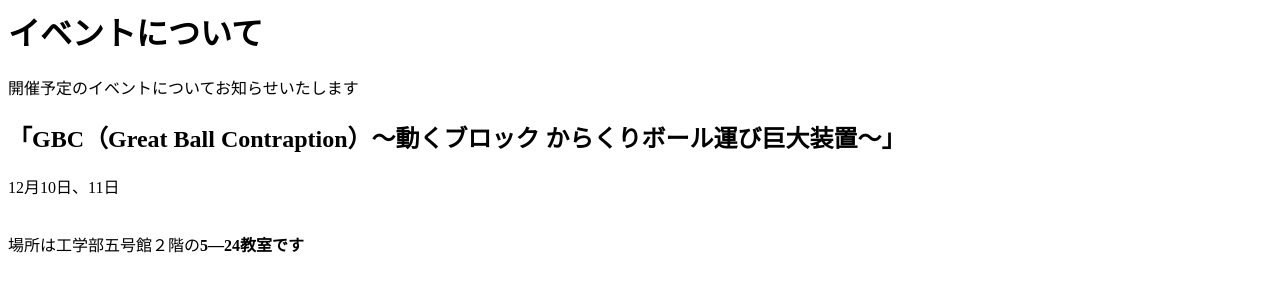
Repository: ghevp/LEGO-club
Page: http://localhost/page/event.php
An editor plug-in stored every save of this project. The page is shown before and after the next save, followed by the edit.
The browser window is 1280 px wide. The pictures show the whole page.
The page is run by PHP 8.4 with error messages shown; the project is at /var/www/html/.

Above is the page before, as saved 2022-11-27 00:44:13.

After the next save:
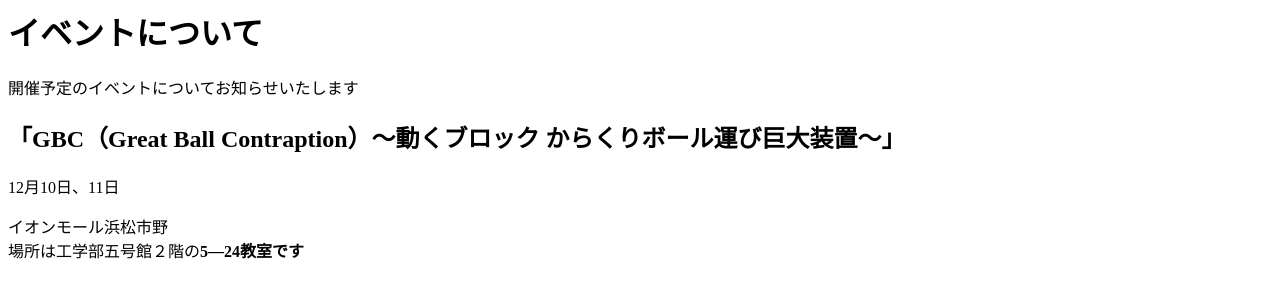
Saved 15 s later.
--- a/page/event.php
+++ b/page/event.php
@@ -4,7 +4,7 @@
     <p>開催予定のイベントについてお知らせいたします</p>
     <h2>「GBC（Great Ball Contraption）〜動くブロック からくりボール運び巨大装置〜」</h2>
     <p class="date">12月10日、11日  </p>
-    <p><br>
+    <p>イオンモール浜松市野<br>
     場所は工学部五号館２階の<b>5―24教室です</b>
     </p>
 </main>

After the save that followed:
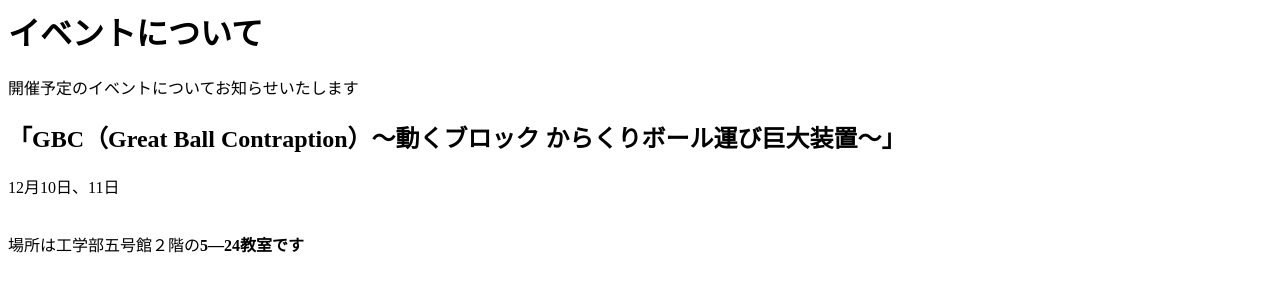
Saved 18 s later.
--- a/page/event.php
+++ b/page/event.php
@@ -4,7 +4,7 @@
     <p>開催予定のイベントについてお知らせいたします</p>
     <h2>「GBC（Great Ball Contraption）〜動くブロック からくりボール運び巨大装置〜」</h2>
     <p class="date">12月10日、11日  </p>
-    <p>イオンモール浜松市野<br>
+    <p><br>
     場所は工学部五号館２階の<b>5―24教室です</b>
     </p>
 </main>
